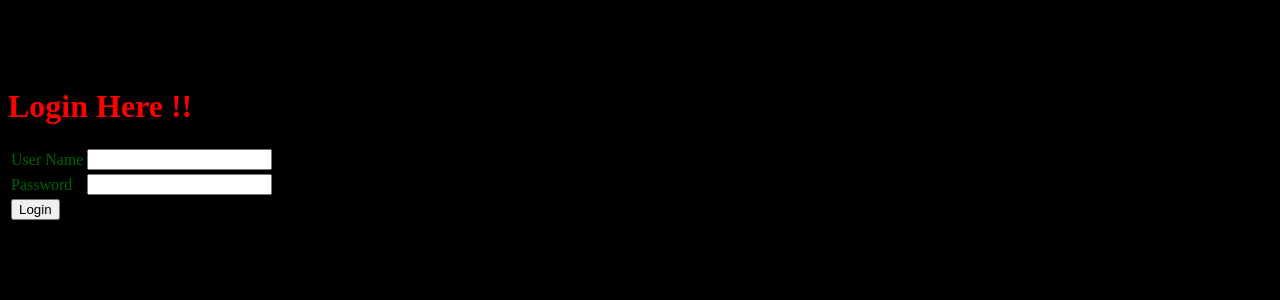
Repository: sultanaNargis03/IndustryReadyJavaSpringBoot
Page: Servlet/workspace/Learningportal/src/main/webapp/login.html
These files come from the project's save history. The page is drawn as it stood at one moment and after the next save; the edit follows.
The browser window is 1280 px wide. The pictures show the whole page.

Above is the page before, as saved 2023-12-11 10:24:41.

After the next save:
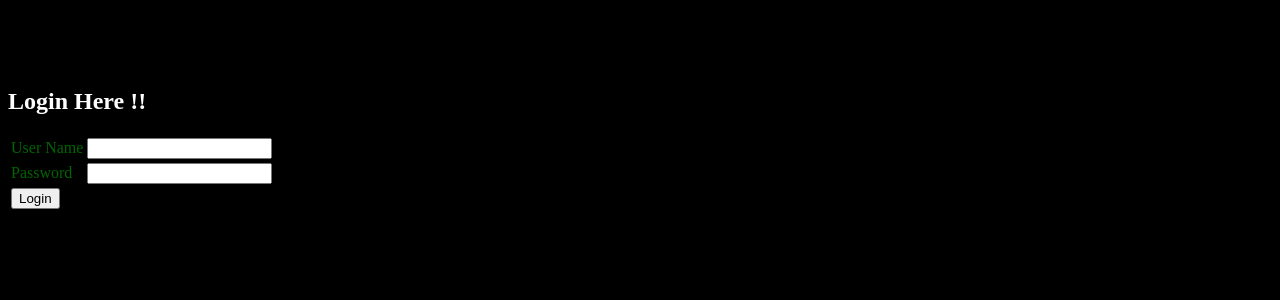
Saved 36 s later.
--- a/Servlet/workspace/Learningportal/src/main/webapp/login.html
+++ b/Servlet/workspace/Learningportal/src/main/webapp/login.html
@@ -6,7 +6,7 @@
 <h1 style="color:red"><marquee>Learning App</marquee></h1>
 </head>
 <body bgcolor="black">
-<h1 style="color: red">Login Here !!</marquee></h1>
+<h2 style="color:white">Login Here !!</marquee></h2>
 
 <form action="./login">
 	<table style="color:darkgreen">
